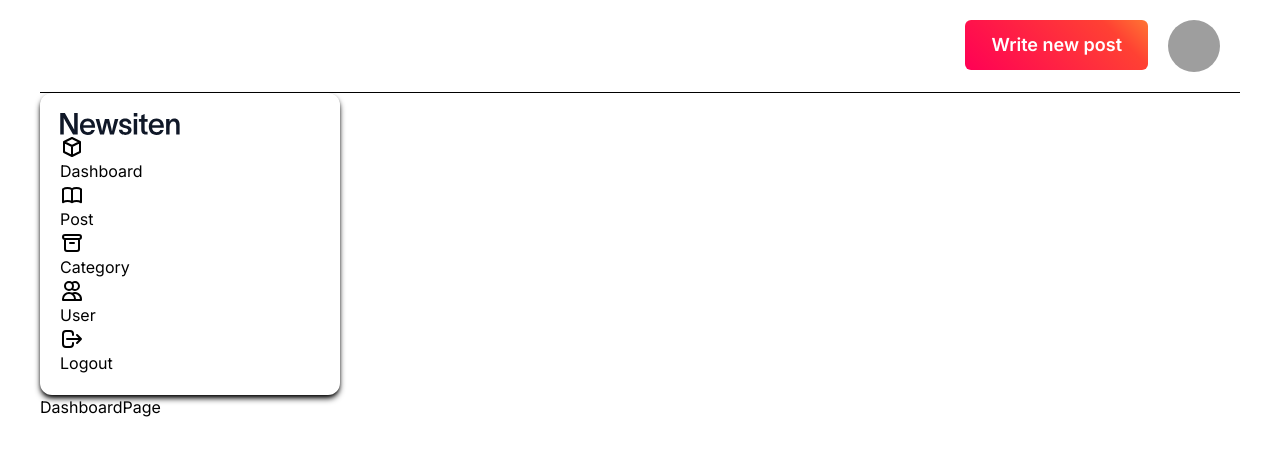
Repository: BrianPhamDev/Blog-App
Page: /dashboard
These files come from the project's save history. The page is drawn as it stood at one moment and after the next save; the edit follows.
The browser window is 1280 px wide. The pictures show the whole page.
Pictures or frames that could not be fetched are drawn as grey boxes. The project was rebuilt for these pictures with package versions that can differ from the ones it lists, and the page was loaded fresh each time. Also part of the build but not shown: src/pages/signUpPage/signUpPage.scss, src/components/label/label.scss, src/components/label/Label.js, src/components/input/input.scss, src/components/input/Input.js, src/components/input/InputPasswordToggle.js, src/components/input/index.js, src/pages/authenticationPage/authenticationPage.scss and 23 more. Imported but missing from the stored project, and not drawn on this page: src/components/icons.

Above is the page before, as saved 2023-08-02 20:38:11.

After the next save:
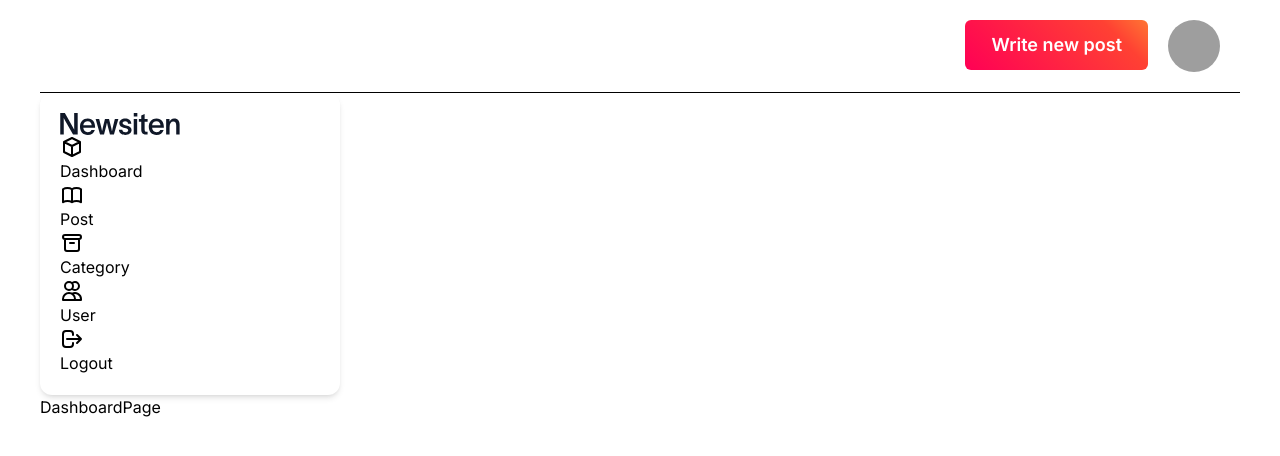
Saved 19 s later.
--- a/src/module/dashboard/Sidebar.js
+++ b/src/module/dashboard/Sidebar.js
@@ -107,7 +107,7 @@ const sidebarLinks = [
 
 const Sidebar = ({ children }) => {
   return (
-    <div className="sidebar-wrapper max-w-[300px] bg-white shadow-black shadow-md rounded-xl p-5">
+    <div className="sidebar-wrapper max-w-[300px] bg-white shadow-md rounded-xl p-5">
       <div className="sidebar-logo">
         <img src="./Logo.svg" alt="Newsiten" className="w-[120px]" />
       </div>
